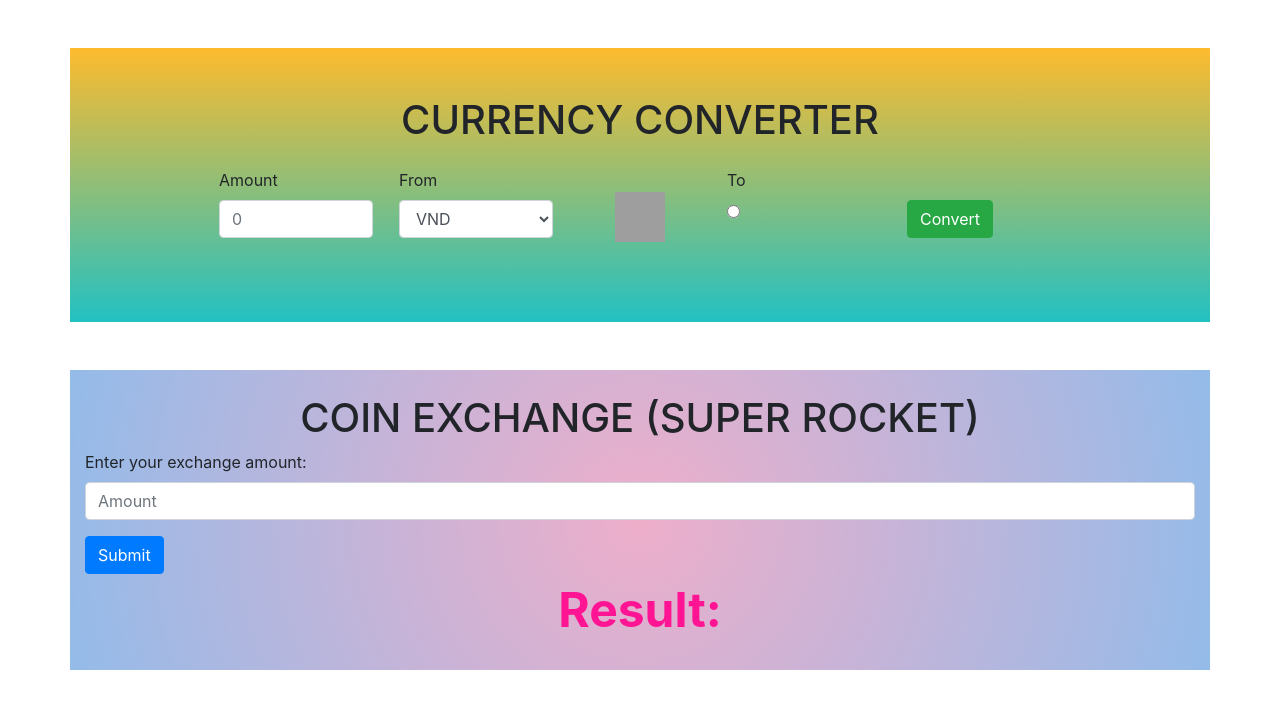
Repository: tts2610/MoneyConverter
Page: index.html
These files come from the project's save history. The page is drawn as it stood at one moment and after the next save; the edit follows.
The browser window is 1280 px wide. The pictures show the whole page.
Pictures or frames that could not be fetched are drawn as grey boxes.

Above is the page before, as saved 2020-05-12 14:59:17.

### index.html
<!DOCTYPE html>
<html lang="en">

<head>
    <meta charset="UTF-8">
    <meta name="viewport" content="width=device-width, initial-scale=1.0">
    <title>Document</title>
    <link rel="stylesheet" href="https://maxcdn.bootstrapcdn.com/bootstrap/4.4.1/css/bootstrap.min.css">

    <!-- jQuery library -->
    <script src="https://ajax.googleapis.com/ajax/libs/jquery/3.4.1/jquery.min.js"></script>

    <!-- Popper JS -->
    <script src="https://cdnjs.cloudflare.com/ajax/libs/popper.js/1.16.0/umd/popper.min.js"></script>

    <!-- Latest compiled JavaScript -->
    <script src="https://maxcdn.bootstrapcdn.com/bootstrap/4.4.1/js/bootstrap.min.js"></script>

</head>

<body>

    <form class="container my-5 px-5 py-5" style="
    background: rgb(34,193,195);
    background: linear-gradient(0deg, rgba(34,193,195,1) 0%, rgba(253,187,45,1) 100%);
">
        <h1 class="mx-auto" style="text-align: center;">CURRENCY CONVERTER</h1>
        <div class="form-row justify-content-md-center px-5 mx-5">
            <div class="col mt-3">
                <label>Amount</label>
                <input type="number" class="form-control" placeholder="0" id="amount" min="0">
            </div>
            <div class="col mt-3 ml-3">
                <label>From</label>
                <select class="form-control" id="fromCurrency">
            </select>
            </div>
            <div class="col mt-4 py-3" style="display: flex;justify-content: center; cursor: pointer;" onClick="swap()">
                <img src="https://cdn3.iconfinder.com/data/icons/basic-interface/100/update-512.png" width="50px" height="50px">
            </div>
            <div class="col mt-3">
                <label>To</label>
                <div id="toCurrency">
                    <!-- <div class="form-check">
                        <input class="form-check-input" type="radio">
                        <label class="form-check-label">
                          Default radio
                    </label>
                    </div>
                    <div class="form-check">
                        <input class="form-check-input" type="radio">
                        <label class="form-check-label">
                          Default radio
                    </label>
                    </div> -->
                </div>

                </select>

            </div>
            <div class="col mt-5 ml-3">
                <button type="button" class="btn btn-success" onClick="submitAmount()">Convert</button>
            </div>
        </div>
        <p id="result" style="color:deeppink; font-weight: 700; font-size: xxx-large; text-align: center;"></p>
    </form>
    <div class="container py-4" style="background: radial-gradient(circle, rgba(238,174,202,1) 0%, rgba(148,187,233,1) 100%);">
        <h1 style="text-align: center;">COIN EXCHANGE (SUPER ROCKET)</h1>
        <form>
            <div class="form-group">
                <label for="exampleInputEmail1">Enter your exchange amount:</label>
                <input type="number" min="0" class="form-control" id="coinExchange" placeholder="Amount">
            </div>
            <button type="button" class="btn btn-primary" onClick="exchange()">Submit</button>
            <div id="coinExchangeResult" style="color:deeppink; font-weight: 700; font-size: xxx-large; text-align: center;">Result:</div>
        </form>
    </div>



    <script src="js/script.js"></script>
    <script>
    </script>
</body>

</html>

### js/script.js
/*dic = {
    fromCurrency:{
        toCurrency:[currencyRatio,locale,currencySymbol],
        toCurrency:[currencyRatio,locale,currencySymbol],
        toCurrency:[currencyRatio,locale,currencySymbol],
        .....
    },
    fromCurrency:
        .....
}*/
let dic = {
    "vnd": { "usd": [1 / 23206, "en", "USD"], "jpy": [1 / 216.703, "ja-JP", "JPY"], "krw": [1 / 18.9136, "krw", "KRW"], "idr": [1 / 1.55505, "idr", "idr"], "eur": [1 / 25111, "de-DE", "EUR"], "vnd": [1, "vi", "VND"] },
    "usd": { "vnd": [23206, "vi", "VND"], "jpy": [107.297, "ja-JP", "JPY"], "krw": [1223.80, "krw", "KRW"], "idr": [14904, "idr", "idr"], "eur": [1 / 1.08207, "de-DE", "EUR"], "usd": [1, "en", "USD"] },
    "jpy": { "vnd": [216.703, "vi", "VND"], "usd": [1 / 107.297, "en", "USD"], "krw": [11.4099, "krw", "KRW"], "idr": [138.937, "idr", "idr"], "eur": [1 / 116.054, "de-DE", "EUR"], "jpy": [1, "ja-JP", "JPY"] },
    "krw": { "vnd": [18.9136, "vi", "VND"], "usd": [1 / 1224.06, "en", "USD"], "jpy": [1 / 11.4096, "ja-JP", "JPY"], "idr": [12.1833, "idr", "idr"], "eur": [1 / 1323.75, "de-DE", "EUR"], "krw": [1, "krw", "KRW"] },
    "idr": { "vnd": [1.55505, "vi", "VND"], "usd": [1 / 14910, "en", "USD"], "jpy": [1 / 138.985, "ja-JP", "JPY"], "krw": [1 / 12.1818, "krw", "KRW"], "eur": [1 / 16134.84, "de-DE", "EUR"], "idr": [1, "idr", "idr"] },
    "eur": { "vnd": [25081, "vi", "VND"], "usd": [1.08207, "en", "USD"], "jpy": [116.054, "ja-JP", "JPY"], "idr": [16129, "idr", "idr"], "krw": [1323.75, "krw", "KRW"], "eur": [1, "de-DE", "EUR"] },
}
let from = null;
let to = null;
let amount = 0;
var fromCurrency = null;
var toCurrency = null;
$(document).ready(function() {
    fromCurrency = document.getElementById("fromCurrency");
    toCurrency = document.getElementById("toCurrency");
    let selectList = Object.keys(dic);
    selectList.forEach(element => {
        var option = document.createElement("option");
        option.text = element.toUpperCase();
        fromCurrency.add(option);
    })
    selectList.forEach((element, i) => {
        var div = document.createElement("div");
        div.classList.add("form-check");
        var input = document.createElement("input");
        input.classList.add("form-check-input")
        input.type = "radio"
        if (i == 0) {
            input.checked = true;
        }

        var label = document.createElement("label");
        label.classList.add("form-check-label");
        label.innerHTML = element.toUpperCase();
        input.appendChild(label)

        div.appendChild(input)

        // var option = document.createElement("option");
        // option.text = element.toUpperCase();
        radioElement = '<div class=\"form-check\"><input class=\"form-check-input\" type="radio" name="exampleRadios" id="exampleRadios1" value="option1"><label class="form-check-label" for="exampleRadios1" id="toCurrency">' + element.toUpperCase(); + '</label></div>';
        toCurrency.append(div);
    })

});

function swap() {
    var x = fromCurrency.value;
    fromCurrency.value = toCurrency.value;
    toCurrency.value = x;
}

function submitAmount() {
    amount = document.getElementById("amount").value ? document.getElementById("amount").value : 0;
    from = fromCurrency.value.toLowerCase();
    to = toCurrency.value.toLowerCase();

    // reformating input
    let res = getValueFromDict(from, from);
    let formatedAmount = new Intl.NumberFormat(res[1], { style: 'currency', currency: res[2], maximumSignificantDigits: 3 }).format(amount)

    // set output
    document.getElementById("result").innerText = formatedAmount + " = " + convert(from, to);
}

// conversion
function convert(from, to) {
    let res = getValueFromDict(from, to);
    let outRes = (amount * res[0]);
    return new Intl.NumberFormat(res[1], { style: 'currency', currency: res[2], maximumSignificantDigits: 3 }).format(outRes);
}

function getValueFromDict(input1, input2) {
    let currencyRatio = dic[input1][input2][0];
    let locale = dic[input1][input2][1];
    let currency = dic[input1][input2][2];
    return [currencyRatio, locale, currency];
}


// SUPER ROCKET
function exchange() {
    // reset the result div
    document.getElementById("coinExchangeResult").innerHTML = "";

    let bills = [500000, 200000, 100000, 50000, 20000, 10000, 5000, 2000, 1000]
    let amount = parseInt(document.getElementById("coinExchange").value);
    while (amount) {
        bills.forEach(element => {
            let count = 0;
            while (amount >= element) {
                count++;
                amount = amount - element;
            }
            let wrapper = document.getElementById("coinExchangeResult");

            wrapper.innerHTML += '<div>' + count + " x " + element + "\n" + "</div>";
        });
    }
}

After the next save:
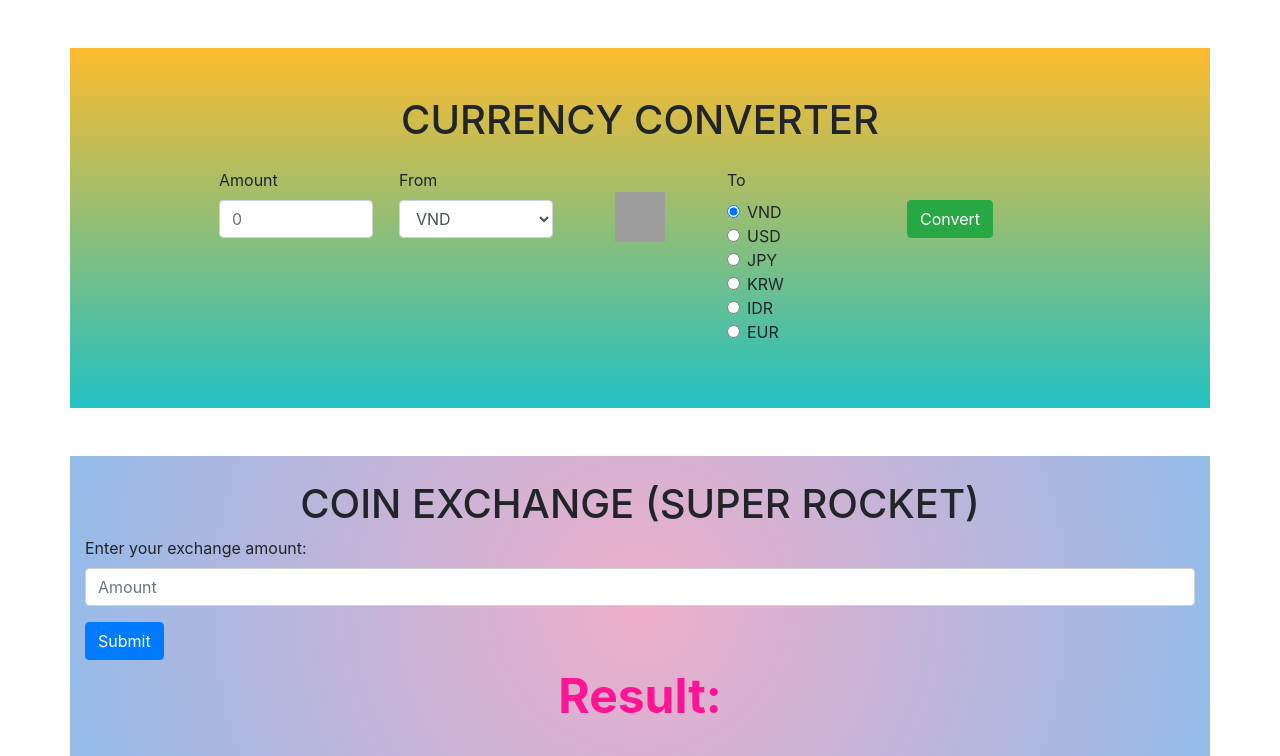
Saved 49 s later.
--- a/js/script.js
+++ b/js/script.js
@@ -43,9 +43,9 @@
         var label = document.createElement("label");
         label.classList.add("form-check-label");
         label.innerHTML = element.toUpperCase();
-        input.appendChild(label)
 
-        div.appendChild(input)
+        div.appendChild(input);
+        div.appendChild(label);
 
         // var option = document.createElement("option");
         // option.text = element.toUpperCase();

After the save that followed:
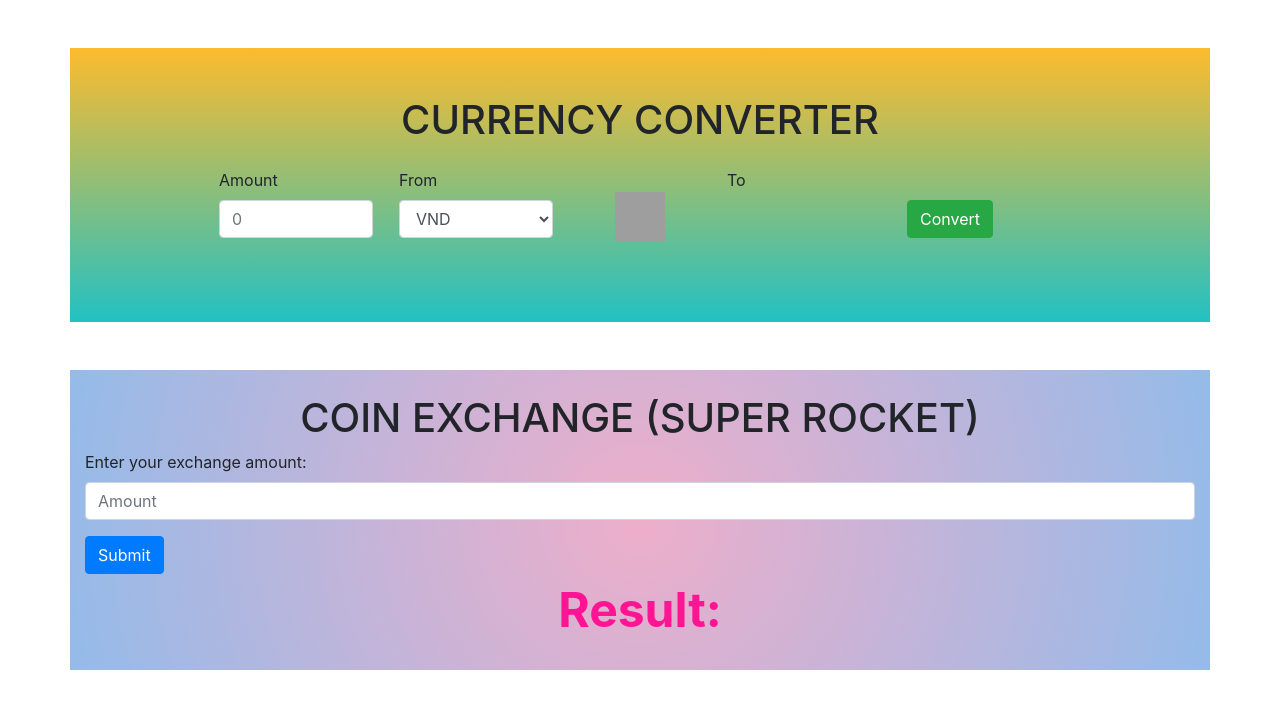
Saved 110 s later.
--- a/js/script.js
+++ b/js/script.js
@@ -31,26 +31,26 @@
         fromCurrency.add(option);
     })
     selectList.forEach((element, i) => {
-        var div = document.createElement("div");
-        div.classList.add("form-check");
-        var input = document.createElement("input");
-        input.classList.add("form-check-input")
-        input.type = "radio"
-        if (i == 0) {
-            input.checked = true;
-        }
+        // var div = document.createElement("div");
+        // div.classList.add("form-check");
+        // var input = document.createElement("input");
+        // input.classList.add("form-check-input")
+        // input.type = "radio"
+        // if (i == 0) {
+        //     input.checked = true;
+        // }
 
-        var label = document.createElement("label");
-        label.classList.add("form-check-label");
-        label.innerHTML = element.toUpperCase();
+        // var label = document.createElement("label");
+        // label.classList.add("form-check-label");
+        // label.innerHTML = element.toUpperCase();
 
-        div.appendChild(input);
-        div.appendChild(label);
+        // div.appendChild(input);
+        // div.appendChild(label);
 
-        // var option = document.createElement("option");
-        // option.text = element.toUpperCase();
-        radioElement = '<div class=\"form-check\"><input class=\"form-check-input\" type="radio" name="exampleRadios" id="exampleRadios1" value="option1"><label class="form-check-label" for="exampleRadios1" id="toCurrency">' + element.toUpperCase(); + '</label></div>';
-        toCurrency.append(div);
+        // // var option = document.createElement("option");
+        // // option.text = element.toUpperCase();
+        // radioElement = '<div class=\"form-check\"><input class=\"form-check-input\" type="radio" name="exampleRadios" id="exampleRadios1" value="option1"><label class="form-check-label" for="exampleRadios1" id="toCurrency">' + element.toUpperCase(); + '</label></div>';
+        // toCurrency.append(div);
     })
 
 });
